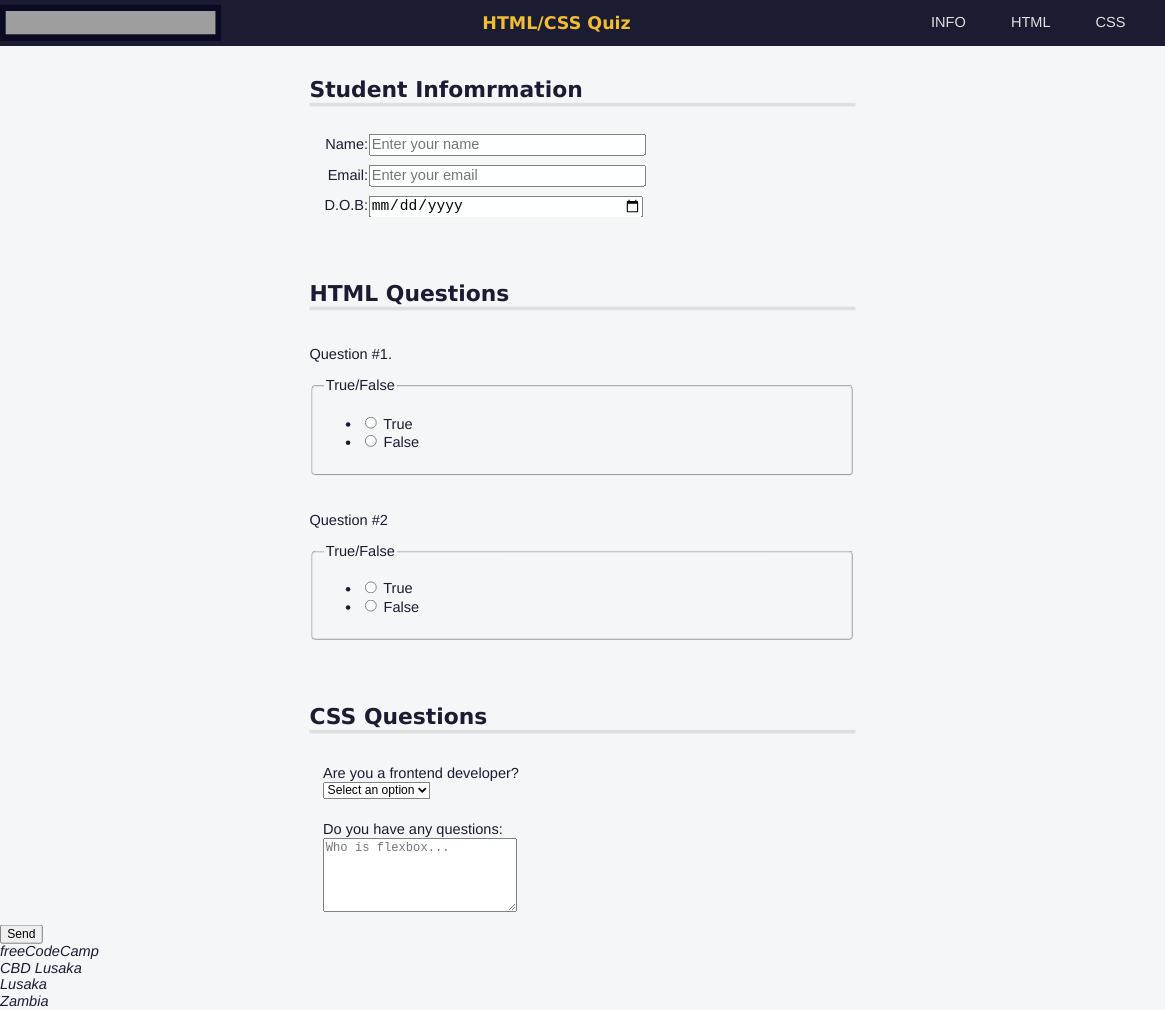
Repository: Lungdjos/accessibility_build_quiz
Page: index.html
An editor plug-in stored every save of this project. The page is shown before and after the next save, followed by the edit.
The browser window is 1280 px wide. The pictures show the whole page, at 91% of full size.
Pictures or frames that could not be fetched are drawn as grey boxes.

Above is the page before, as saved 2023-10-30 09:29:19.

After the next save:
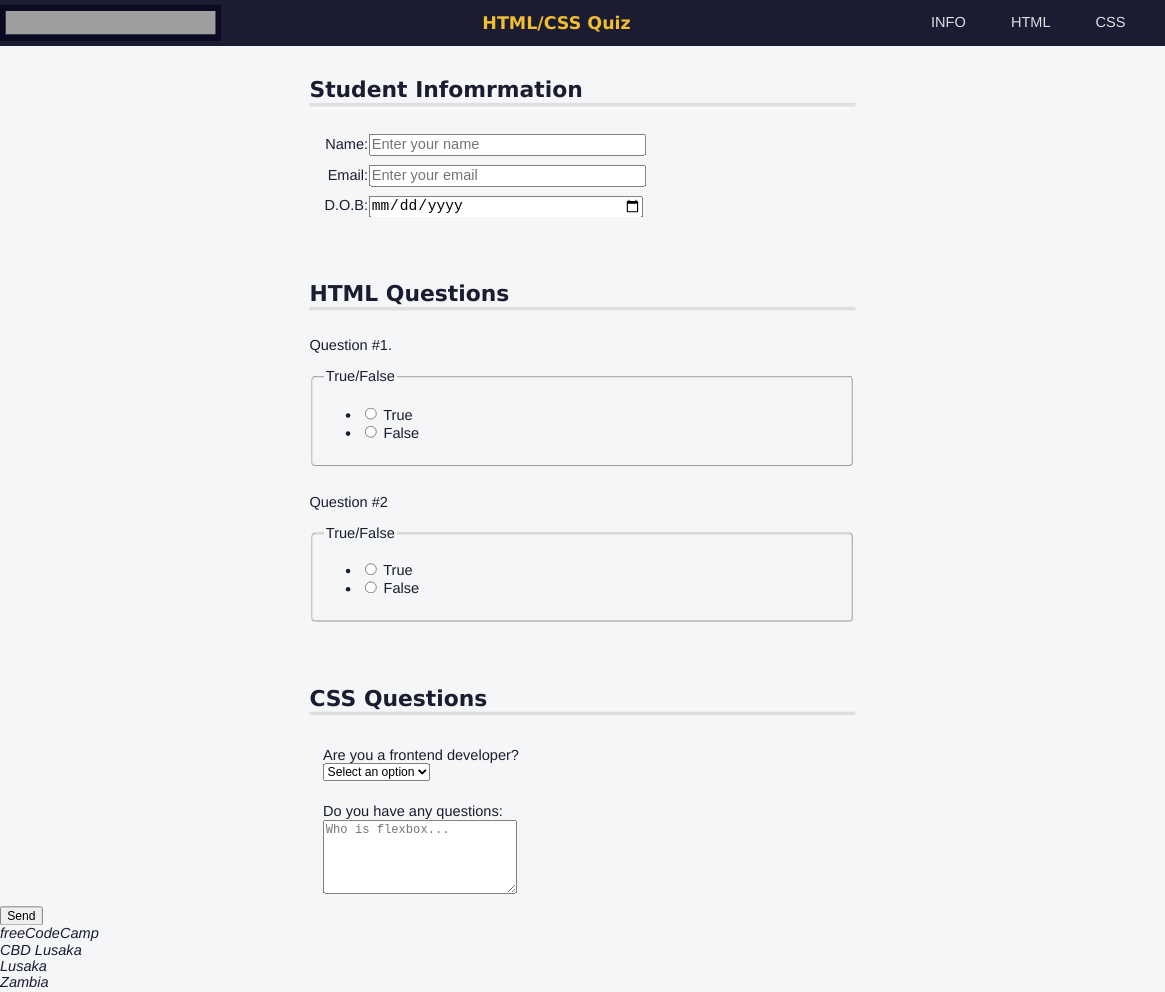
Saved 6 s later.
--- a/styles.css
+++ b/styles.css
@@ -78,7 +78,7 @@ p::before {
 }
 
 p {
-    margin-top: 15px;
+    margin-top: 5px;
 }
 
 nav li {
